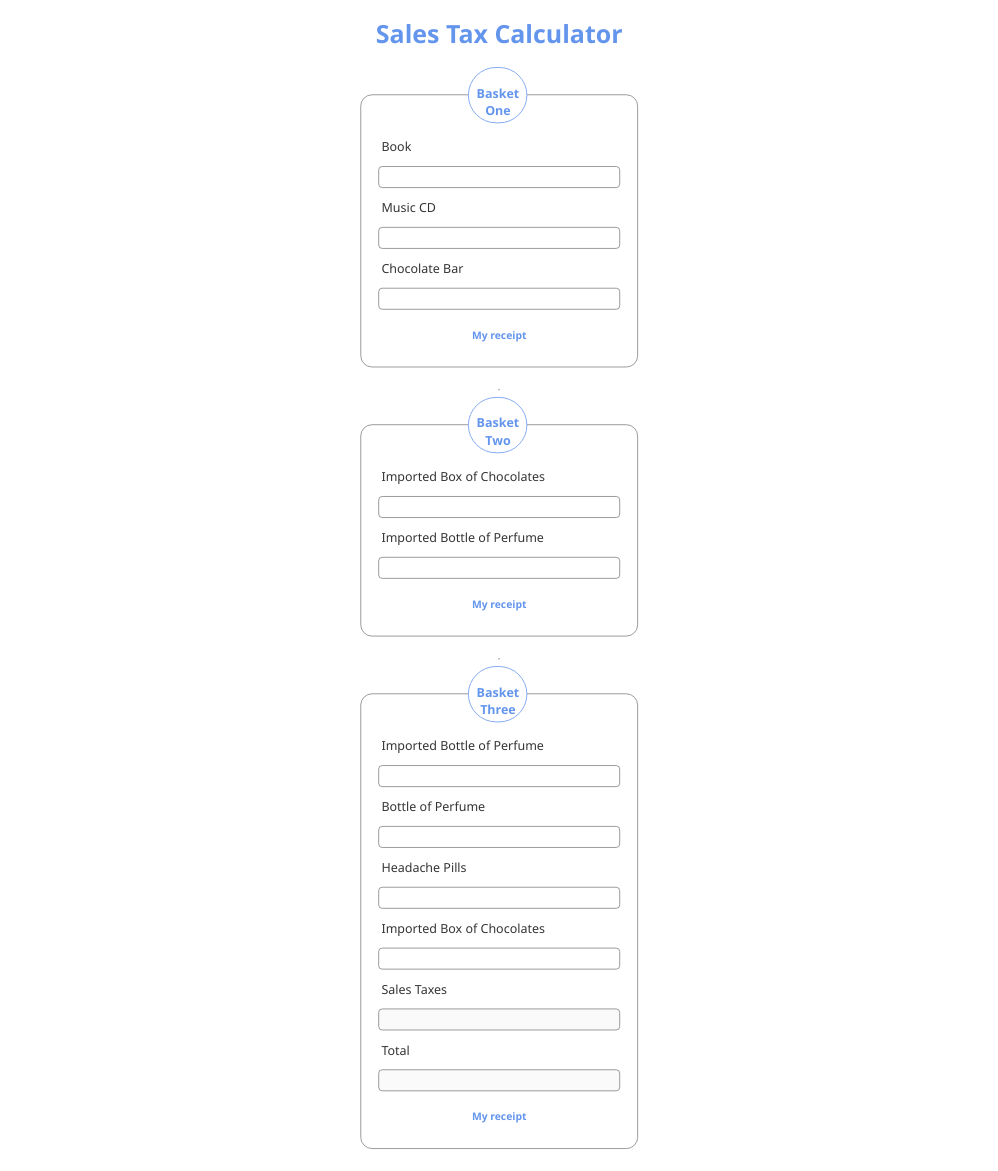
Repository: duzzisantos/sales-tax
Page: index.html
These files come from the project's save history. The page is drawn as it stood at one moment and after the next save; the edit follows.
The browser window is 1280 px wide. The pictures show the whole page, at 78% of full size.

Above is the page before, as saved 2022-05-25 22:37:10.

After the next save:
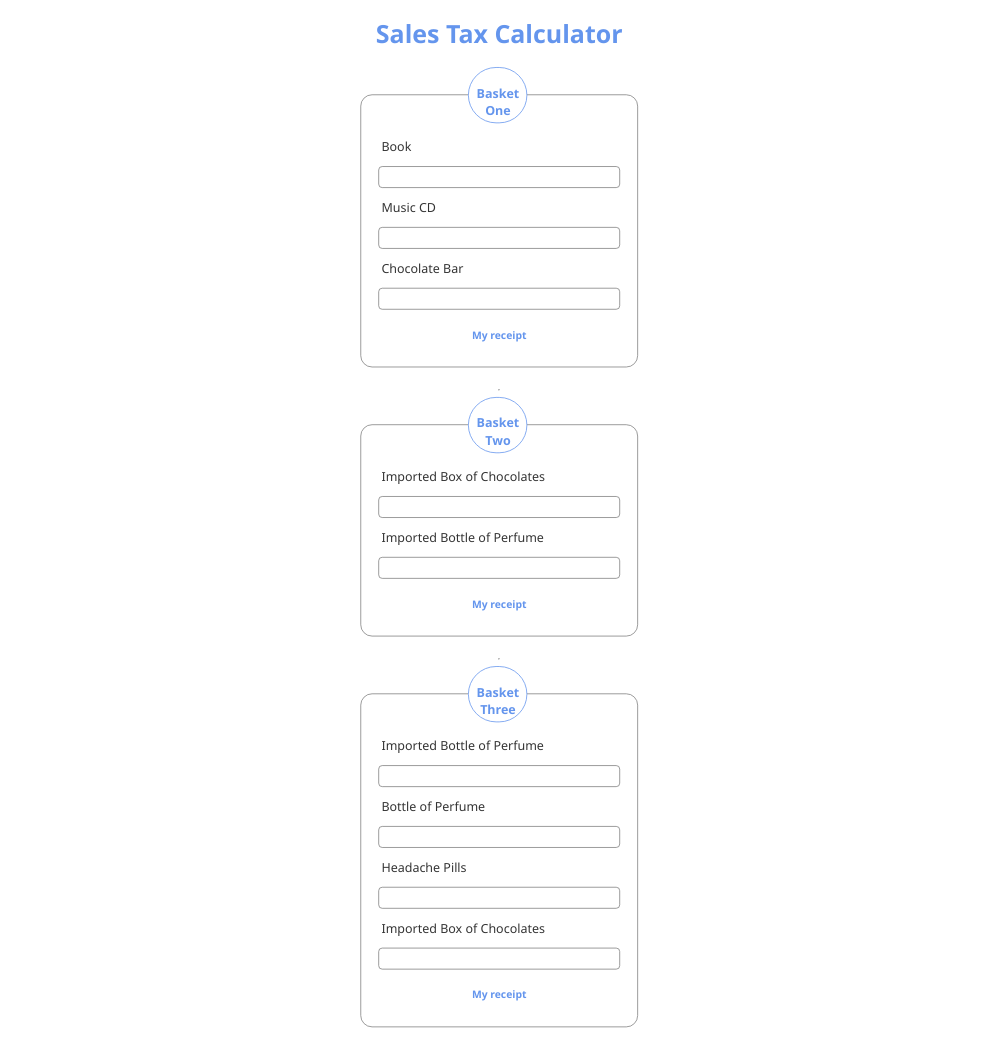
Saved 12 s later.
--- a/index.html
+++ b/index.html
@@ -61,11 +61,6 @@
             <input id="pills" type="number" name="pills" onchange="basketThree()" />
             <label for="imported-box-chocolate2">Imported Box of Chocolates</label>
             <input id="imported-box-chocolate2" type="number" name="imported-box-chocolate2" onchange="basketThree()" />
-            <label for=" sales-taxes3">Sales Taxes</label>
-            <input id="sales-taxes3" type="number" name="sales-taxes3" onchange="basketThree()" disabled />
-            <label for="total3">Total</label>
-            <input disabled id="total3" type="number" name="total3" onchange="basketThree()" />
-
 
             <h5>My receipt</h5>
             <span id="listThree">
